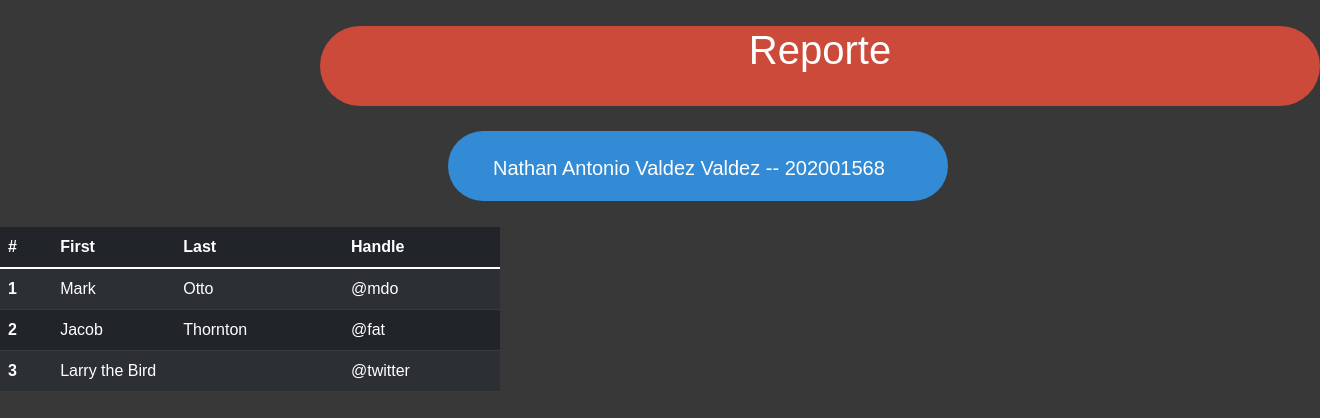
Repository: nathanvdev/LFP_PR_202001568
Page: plantilla.html
These files come from the project's save history. The page is drawn as it stood at one moment and after the next save; the edit follows.
The browser window is 1280 px wide. The page is 1320 px wide, so the pictures cover 1320 px, including what lies to the right of the window. The pictures show the whole page.

Above is the page before, as saved 2022-02-19 19:02:21.

### plantilla.html

<!DOCTYPE html>
<html lang="en">
<head>
    <meta charset="UTF-8">
    <meta http-equiv="X-UA-Compatible" content="IE=edge">
    <meta name="viewport" content="width=device-width, initial-scale=1.0">
    <link href="https://cdn.jsdelivr.net/npm/bootstrap@5.1.3/dist/css/bootstrap.min.css" rel="stylesheet" integrity="sha384-1BmE4kWBq78iYhFldvKuhfTAU6auU8tT94WrHftjDbrCEXSU1oBoqyl2QvZ6jIW3" crossorigin="anonymous">
    <title>Document</title>
</head>
<style>
    body{
        font-family: sans-serif;
    }
    .titlebox{
        background-color: rgb(204, 74, 57);
        height: 80px;
        width: 1000px;
        margin: 2%;
        margin-left: 25%;
        border-radius: 45px;


        display: flex;
        justify-content: center;
    }
    .PersonalInfo{
        background-color: rgb(50, 139, 212);
        height: 70px;
        width: 500px;
        margin: 2%;
        margin-top: 0px;
        margin-left: 35%;
        border-radius: 45px;

    }
    .tabla{
        width: 500px;
        height: auto;
    }
</style>
<body style="background-color: rgb(56, 56, 56);">
    <div class="titlebox">
        <h1 style="color: white;">Reporte</h1>
    </div>
    <div class="PersonalInfo">
        <h3 style="color: white;
        margin: 5%; float: left; font-size: 20px; padding-left: 20px;">
            Nathan Antonio Valdez Valdez  --  202001568
        </h3>
    </div>

    <div class="tabla">
    <table class="table table-dark table-striped">
        <thead>
          <tr>
            <th scope="col">#</th>
            <th scope="col">First</th>
            <th scope="col">Last</th>
            <th scope="col">Handle</th>
          </tr>
        </thead>
        <tbody>
          <tr>
            <th scope="row">1</th>
            <td>Mark</td>
            <td>Otto</td>
            <td>@mdo</td>
          </tr>
          <tr>
            <th scope="row">2</th>
            <td>Jacob</td>
            <td>Thornton</td>
            <td>@fat</td>
          </tr>
          <tr>
            <th scope="row">3</th>
            <td colspan="2">Larry the Bird</td>
            <td>@twitter</td>
          </tr>
        </tbody>
      </table>
    </div>
</body>
</html>

After the next save:
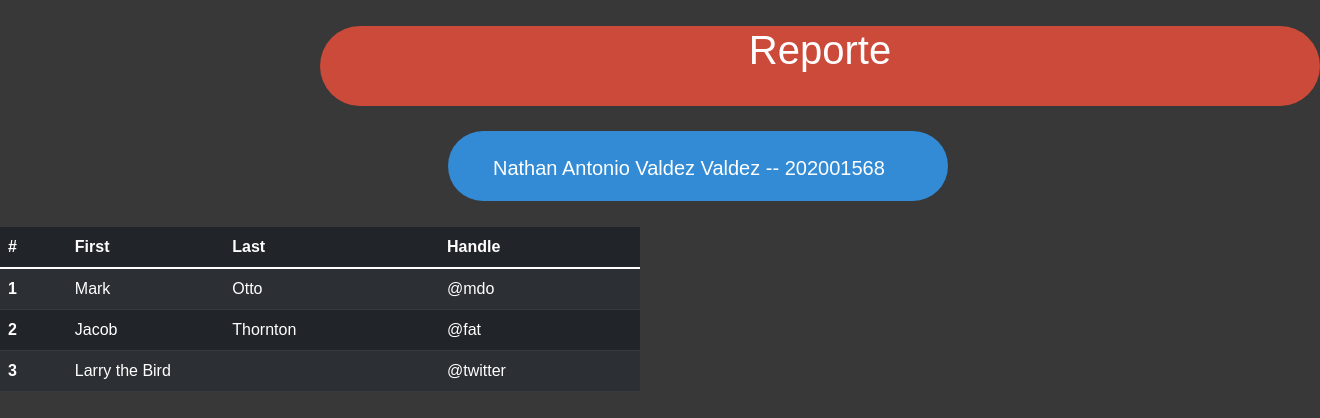
Saved 8 s later.
--- a/plantilla.html
+++ b/plantilla.html
@@ -35,7 +35,7 @@
 
     }
     .tabla{
-        width: 500px;
+        width: 50%;
         height: auto;
     }
 </style>
